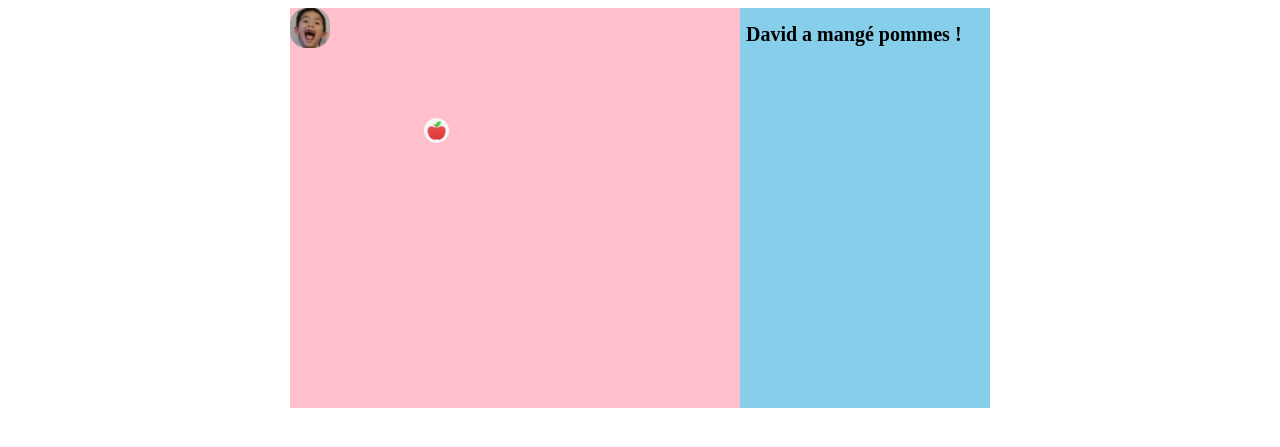
Repository: clairedupuich/kong_jian
Page: snake_game/snake.html
These files come from the project's save history. The page is drawn as it stood at one moment and after the next save; the edit follows.
The browser window is 1280 px wide. The pictures show the whole page.

Above is the page before, as saved 2020-12-19 19:26:17.

### snake_game/snake.html
<!DOCTYPE html>
<html lang="en">
<head>
    <meta charset="UTF-8">
    <meta name="viewport" content="width=device-width, initial-scale=1.0">
    <title>snake</title>
    <link rel='stylesheet' href='snake.css' />
</head>
<body>

    <div class="face">
        <!-- 小蛇移动的操场 -->
        <div id="playground">
            <!-- 食物 界面中的蓝色小方块-->
            <div id="food"></div>
            <!-- 小蛇 界面中的红色小方块-->
            <div id="snack"></div>
        </div>
        <!-- 计算得分 -->
        <div class="menu">
            <div>David a mangé <span id="score"></span>pommes !</div>
        </div>
    </div>



    <script type='text/javascript' src='snake.js'></script>
</body>
</html>

### snake_game/snake.css
.face{
    height: 400px;
    width: 700px;
    margin-left: auto;
    margin-right: auto;
    position: relative;
    background-color: pink;
}
#playground{
    height: 400px;
    width: 450px;
    float: left;
    position: relative;
}
.menu{
    padding: 6px;
    height: 388px;
    width: 238px;
    float: left;
    background-color: skyblue;
}
#snack{
    height: 40px;
    width: 40px;
   /*  background-color: red; */
    background-image: url(img/david.png);
    background-position: center;
    background-size: cover;
    border-radius: 40%;
    position: absolute;
    left: 0px;
    top:0px;
}
#food{
    height: 25px;
    width: 25px;
   /*  background: blue; */
   background-image: url(img/téléchargement.jpeg);
   border-radius: 50%;
    background-position: center;
    background-size: cover;
    position: absolute;
}
.body{
    height: 20px;
    width: 20px;
    background: green;
    border-radius: .6em;
    position: absolute;
    left: 0px;
    top:0px;
}
#score{
    font-size: 30px;
    font-weight: bold;
    color: red;
}
.menu div{
    font-size: 20px;
    font-weight: bold;
}

作者：IT程序狮
链接：https://juejin.cn/post/6844903459297181703
来源：掘金
著作权归作者所有。商业转载请联系作者获得授权，非商业转载请注明出处。

### snake_game/snake.js
//获取元素节点
var jsDiv = document.getElementById("playground");
var jsSnack = document.getElementById("snack");
var jsStart = document.getElementById("start");
var jsFood = document.getElementById("food");
var jsBody = document.getElementById("playground");
var jsScore = document.getElementById("score");
//设置全局变量
var timer;//创建定时器为全局变量
var timer1 = setInterval(eat,10);//检测位置碰撞，并且吃掉食物；
var srr = [];//记录蛇行动的位置
var num = 0 ;//记录数组的长度
var jsSnackBody ;//么米吃掉一个食物，蛇的身体

    //开始游戏
    document.onkeydown = function(e){
        var evt = e || window.event;
            switch(evt.keyCode) {
            //向左移动
            case 37:
                clearInterval(timer);
                timer=window.setInterval(runLeft,10)
                function runLeft(){
                    if (jsSnack.offsetLeft > 0) {
                        jsSnack.style.left = jsSnack.offsetLeft - 1+ "px";
                        jsSnack.style.top = jsSnack.offsetTop + "px";
                        //记录小蛇的位置
                        srr.push([jsSnack.offsetLeft, jsSnack.offsetTop]);
                        num++;//记录数组的长度
                    }
                }
            break;
            //向上移动
            case 38:
                clearInterval(timer);
                timer=window.setInterval(runTop,10);
                function runTop(){
                    if (jsSnack.offsetTop > 0) {
                        jsSnack.style.top = jsSnack.offsetTop - 1 + "px";
                        jsSnack.style.left = jsSnack.offsetLeft + "px";
                        //记录小蛇的位置
                        srr.push([jsSnack.offsetLeft, jsSnack.offsetTop]);
                        num++;//记录数组的长度
                    }
                }

            break;
            //向右移动
            case 39:
                clearInterval(timer);
                timer=window.setInterval(runRight,10);
                function runRight(){
                    if (jsSnack.offsetLeft + jsSnack.offsetWidth <= 450) {
                        jsSnack.style.left = jsSnack.offsetLeft + 1 + "px";
                        jsSnack.style.top = jsSnack.offsetTop + "px";
                        //记录小蛇的位置
                        srr.push([jsSnack.offsetLeft, jsSnack.offsetTop]);
                        num++;//记录数组的长度
                    }
                }
            break;
            //向下移动
            case 40:
                clearInterval(timer);
                timer=window.setInterval(runBottom,10);
                function runBottom(){
                    if (jsSnack.offsetTop + jsSnack.offsetHeight <= 400) {
                        jsSnack.style.top = jsSnack.offsetTop + 1 + "px";
                        jsSnack.style.left = jsSnack.offsetLeft + "px";
                        //记录小蛇的位置
                        srr.push([jsSnack.offsetLeft, jsSnack.offsetTop]);
                        num++;//记录数组的长度
                    }
                }
            break;
        }
    }

        //食物随机出现
        function Pos(){
            jsFood.style.left=parseInt(Math.random() * (430 - 20 + 1) + 20) + "px";
            jsFood.style.top=parseInt(Math.random() * (380 - 20 + 1) + 20) + "px";
        }
        Pos();

        function eat(){
            rectangleCrashExamine(jsSnack,jsFood);
            function rectangleCrashExamine(obj1, obj2) {
                var obj1Left = obj1.offsetLeft;
                var obj1Width = obj1.offsetLeft + obj1.offsetWidth;
                var obj1Top = obj1.offsetTop;
                var obj1Height = obj1.offsetTop + obj1.offsetHeight;
                var obj2Left = obj2.offsetLeft;
                var obj2Width = obj2.offsetLeft + obj2.offsetWidth;
                var obj2Top = obj2.offsetTop;
                var obj2Height = obj2.offsetTop + obj2.offsetHeight;
                //检测碰撞
                //碰撞检测原理：
                    //蛇在实物的左边、右边、上边、下边的时候，说明没有发生碰撞，那么我们取反，就说明发生碰撞
                if ( !(obj1Left > obj2Width || obj1Width < obj2Left || obj1Top > obj2Height || obj1Height < obj2Top) ) {
                    //碰撞后身体
                    jsSnackBody = document.createElement("div");
                    jsSnackBody.setAttribute("class","body");
                    jsBody.appendChild(jsSnackBody);
                    Pos();//怪物的位置随机变换
                    setInterval(follow,10);//身体跟随的定时器
                }
            }
        }


        function follow(){
            //检查一共添加了多少身体
            var bodyNum = document.getElementsByClassName("body");
            //记录得分
            jsScore.innerHTML = bodyNum.length;
            //蛇每次移动1个像素，那么新的身体应该跟随在当前数组的倒数第20个数组的位置;依次加等;
            var place = 0 ;
            for( var i = 0 ; i<bodyNum.length ; i++){
                place += 20;
                bodyNum[i].style.left=srr[num-place][0] + 'px';
                bodyNum[i].style.top=srr[num-place][1] + 'px';
            }
        }

After the next save:
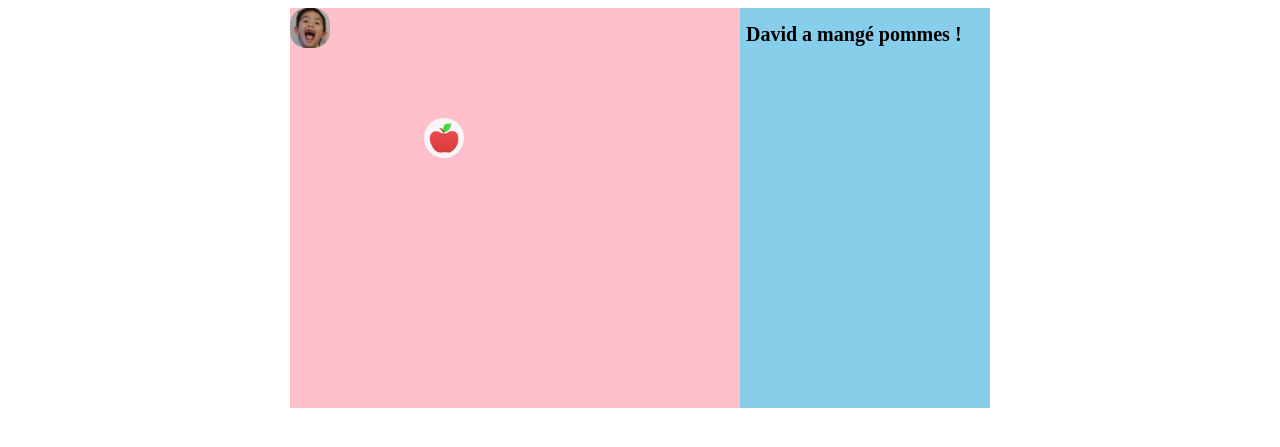
Saved 15 s later.
--- a/snake_game/snake.css
+++ b/snake_game/snake.css
@@ -32,8 +32,8 @@
     top:0px;
 }
 #food{
-    height: 25px;
-    width: 25px;
+    height: 40px;
+    width: 40px;
    /*  background: blue; */
    background-image: url(img/téléchargement.jpeg);
    border-radius: 50%;
